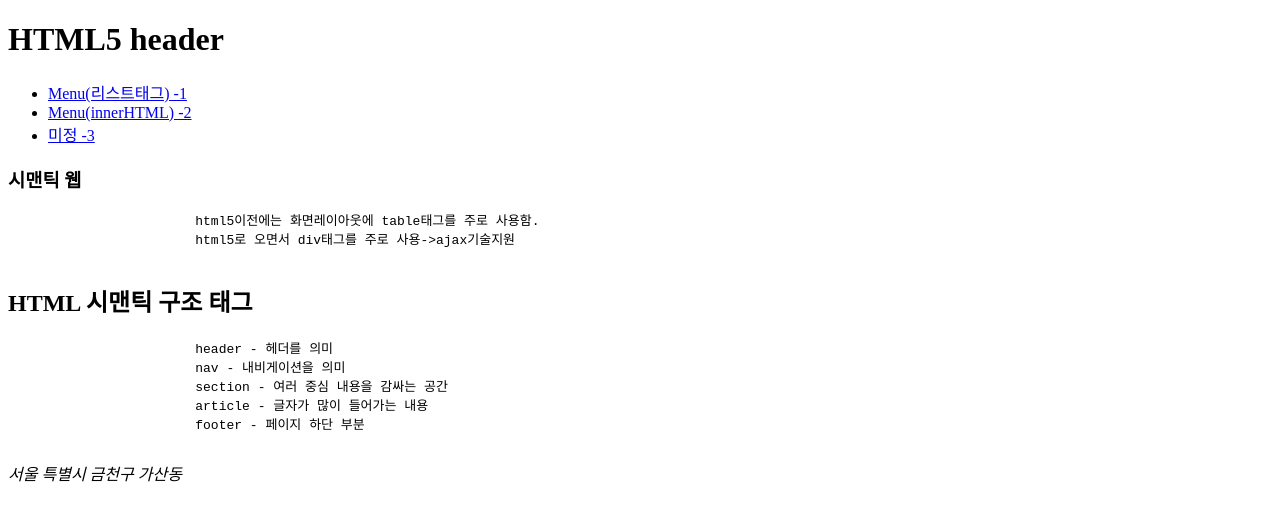
Repository: rightsecond3/java52
Page: workspace_script/dev_html/WebContent/html_semantic/afterSemantic.html
These files come from the project's save history. The page is drawn as it stood at one moment and after the next save; the edit follows.
The browser window is 1280 px wide. The pictures show the whole page.

Above is the page before, as saved 2019-06-10 01:53:49.

### workspace_script/dev_html/WebContent/html_semantic/afterSemantic.html
<!DOCTYPE html>
<!--
	html5이전에는 화면레이아웃에 table태그를 주로 사용함.
	html5로 오면서 div태그를 주로 사용->ajax기술지원
 -->
<html>
<head>
<meta charset="UTF-8">
<title>HTML5 이전의 레이아웃 구성</title>
</head>
<!-- 스타일시트(CSS), Javascript코드 -->
<body>
<!-- 페이지의 헤더 부분 -->
	<header>
		<h1>HTML5 header</h1>
	</header>
<!-- 페이지의 메뉴 부분 -->
<!-- nav : 네비게이션의 약자 -->
	<nav>
		<ul>
			<li><a href="../html_list/listTag_1.html">Menu(리스트태그) -1</a>
			<li><a href="../html_day2/innerHTMLTest.html">Menu(innerHTML) -2</a>
			<li><a href="#">미정 -3</a>
		</ul>
	</nav>
<!-- 내용 영역 -->
	<section>
		<article>
		<h1>시맨틱 웹</h1>
		<!-- 작성한 내용 그대로 출력 pre태그 -->
		<pre>
			html5이전에는 화면레이아웃에 table태그를 주로 사용함.
			html5로 오면서 div태그를 주로 사용->ajax기술지원
		</pre>
		</article>
	</section>
	<section>
		<h1>HTML 시맨틱 구조 태그</h1>
		<!-- 작성한 내용 그대로 출력 pre태그 -->
		<pre>
			header - 헤더를 의미
			nav - 내비게이션을 의미
			section - 여러 중심 내용을 감싸는 공간
			article - 글자가 많이 들어가는 내용
			footer - 페이지 하단 부분
		</pre>
	</section>
<!-- 주소 -->
<!-- div태그와 span태그는 공간을 분할하는 태그(시각적인 변화가 없다.) -->
	<footer>
	<!-- CSS에서 주로 사용하는 span태그(부분적으로 디자인을 변경, 지정해 줄때) -->
		<address>서울 특별시 금천구 가산동</address>
	</footer>
</body>
</html>

After the next save:
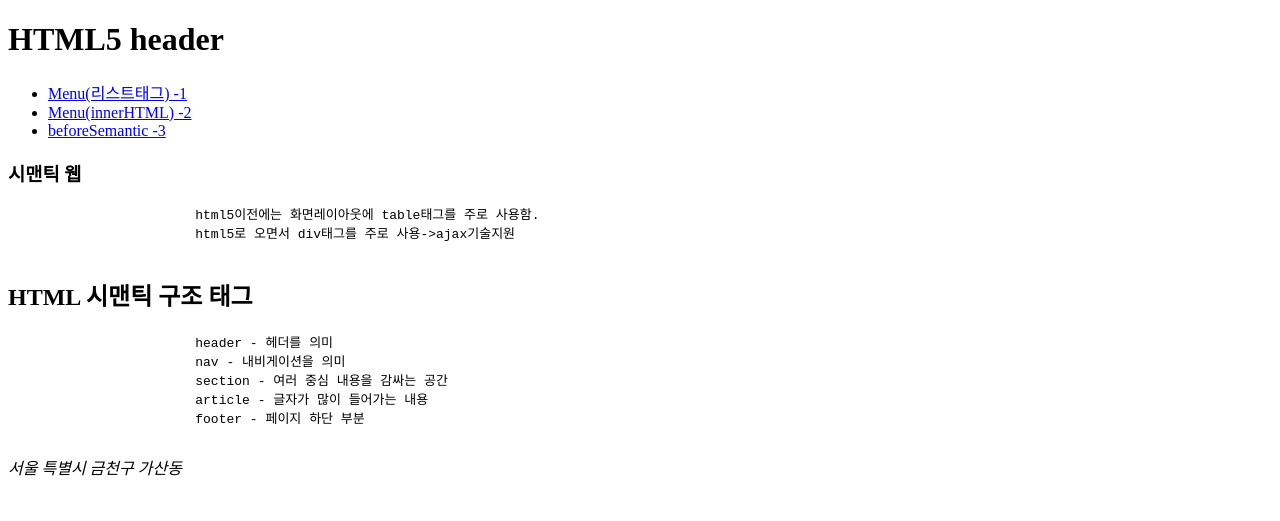
Saved 48 s later.
--- a/workspace_script/dev_html/WebContent/html_semantic/afterSemantic.html
+++ b/workspace_script/dev_html/WebContent/html_semantic/afterSemantic.html
@@ -20,7 +20,7 @@
 		<ul>
 			<li><a href="../html_list/listTag_1.html">Menu(리스트태그) -1</a>
 			<li><a href="../html_day2/innerHTMLTest.html">Menu(innerHTML) -2</a>
-			<li><a href="#">미정 -3</a>
+			<li><a href="./beforeSementic.html">beforeSemantic -3</a>
 		</ul>
 	</nav>
 <!-- 내용 영역 -->
